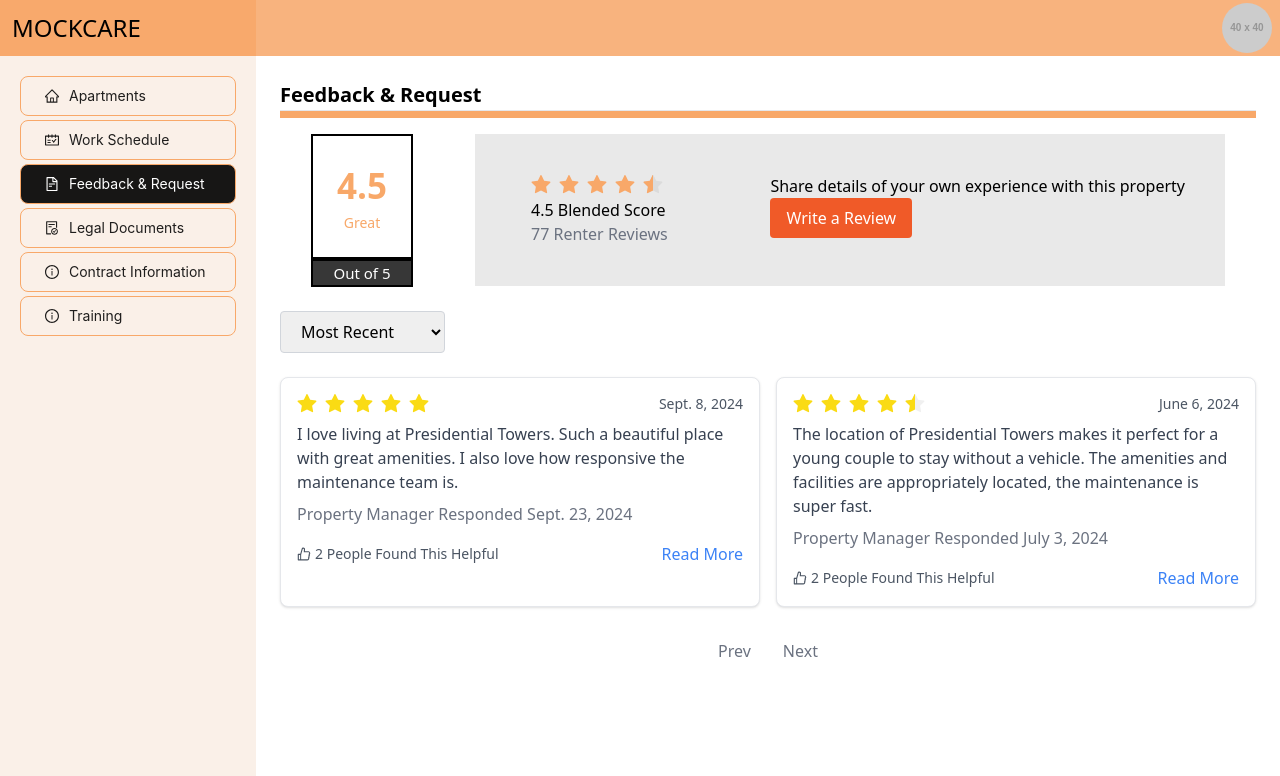
Repository: dunh-real/MockProject_102024_Nhom4
Page: / (app in frontend/)
The author's editor kept a copy of each file at every save. The page is drawn from the files as they stood at one save, then again after the next save.
The browser window is 1280 px wide. The pictures show the whole page.
The project was rebuilt for these pictures with package versions that can differ from the ones it lists, and the page was loaded fresh each time. Also part of the build but not shown: frontend/vite.config.js, frontend/vite.config.ts, frontend/src/App.css, frontend/src/component/ReviewModal.tsx.

Above is the page before, as saved 2024-10-09 13:23:58.

### frontend/src/App.tsx

import './App.css'
import ReviewList from './pages/Feedback&Request/Feedback&Request'
// import LoginForm from './pages/Login/Login'

function App() {


  return (
    <>
      {/* <LoginForm/> */}
      <ReviewList/>
    </>
  )
}

export default App

### frontend/src/pages/Feedback&Request/Feedback&Request.tsx
import React, { useState } from 'react';
import { Rate } from 'antd'; // Dùng Antd cho Rate, có thể thay thế bằng biểu tượng của Tailwind nếu cần
import { LikeOutlined } from '@ant-design/icons';
import ReviewModal from '../../component/ReviewModal';
import Sidebar from '../../component/Sidebar';

interface Review {
    date: string;
    rating: number;
    text: string;
    managerResponse: string;
    helpfulCount: number;
}

const reviews: Review[] = [
    {
        date: 'Sept. 8, 2024',
        rating: 5,
        text: 'I love living at Presidential Towers. Such a beautiful place with great amenities. I also love how responsive the maintenance team is.',
        managerResponse: 'Property Manager Responded Sept. 23, 2024',
        helpfulCount: 2,
    },
    {
        date: 'June 6, 2024',
        rating: 4.5,
        text: 'The location of Presidential Towers makes it perfect for a young couple to stay without a vehicle. The amenities and facilities are appropriately located, the maintenance is super fast.',
        managerResponse: 'Property Manager Responded July 3, 2024',
        helpfulCount: 2,
    },
];

const ReviewList: React.FC = () => {
    const [showModal, setShowModal] = useState<boolean>(false);
    const [page, setPage] = useState<number>(1);

    const handlePageChange = (page: number) => {
        setPage(page);
    };

    const handleSortChange = (value: string) => {
        console.log(`Sort by: ${value}`);
    };

    return (
        <div className=" min-h-screen  bg-gray-50">
            <div className='flex  bg-[#f8a769d9]  justify-between items-center'>
                <div className=' bg-[#f8a769d9] p-3 w-1/5'>
                    <h1 className='text-2xl'>MOCKCARE</h1>
                </div>
                <div className="flex  justify-end">
                    <img
                        src="https://via.placeholder.com/40"
                        alt="Avatar"
                        className="rounded-full w-[50px] h-[50px] mr-2"
                    />
                </div>
            </div>
            <div className="flex">
                <Sidebar />
                <div className="w-4/5 p-6 bg-white">
                    <div className='mb-4'>
                        <h2 className='text-[20px] font-bold'>Feedback & Request</h2>
                        <hr className='h-[8px] bg-[#F8A869]' />
                    </div>
                    <div className="flex  justify-around items-center mb-6">
                        <div className="flex flex-col   items-center">
                            <div className=" text-center text-[#F8A869] border-black border-2  p-6 ">
                                <div className=''>
                                    <p className="text-[35px] font-bold">4.5</p>
                                    <p className="text-sm text-[27px]">Great</p>
                                </div>

                            </div>
                            <div className="text-xs w-full border-black border-2 bg-[#000000c8]">
                                <p className='text-white p-1 text-[15px] text-center'>Out of 5</p>
                            </div>
                        </div>
                        <div className='bg-[#d9d9d995] flex justify-between'
                         style={{ width: '100%', maxWidth: '750px', padding:40}}
                        >
                            <div className="ml-4 ">
                                <Rate allowHalf defaultValue={4.5} disabled style={{color:'#F8A869'}} />
                                <div className="text-[#000000]">4.5 Blended Score</div>
                                <div className="text-gray-500">77 Renter Reviews</div>
                            </div>
                            <div>
                                <p>Share details of your own experience
                                with this property</p>
                                <button
                                    onClick={() => setShowModal(true)}
                                    className="bg-[#f05a28] text-white px-4 py-2 rounded hover:bg-[#f25f30]"
                                >
                                    Write a Review
                                </button>
                            </div>
                        </div>
                    </div>
                    <div className="mb-6 flex justify-between">
                        <select
                            onChange={(e) => handleSortChange(e.target.value)}
                            className="border border-gray-300 rounded px-4 py-2"
                        >
                            <option value="recent">Most Recent</option>
                            <option value="highest">Highest Rating</option>
                            <option value="lowest">Lowest Rating</option>
                        </select>
                    </div>
                    <div className="grid grid-cols-1 md:grid-cols-2 gap-4">
                        {reviews.slice((page - 1) * 2, page * 2).map((review, index) => (
                            <div key={index} className="p-4 border border-gray-200 rounded-lg bg-white shadow">
                                <div className="flex justify-between items-center mb-2">
                                    <Rate allowHalf defaultValue={review.rating} disabled />
                                    <span className="text-sm text-gray-600">{review.date}</span>
                                </div>
                                <p className="text-gray-700">{review.text}</p>
                                <p className="text-gray-500 mt-2">{review.managerResponse}</p>
                                <div className="flex justify-between items-center mt-4">
                                    <div className="flex items-center text-sm text-gray-600">
                                        <LikeOutlined className="mr-1" />
                                        {review.helpfulCount} People Found This Helpful
                                    </div>
                                    <button className="text-blue-500">Read More</button>
                                </div>
                            </div>
                        ))}
                    </div>
                    <div className="flex justify-center mt-6">
                        <button
                            onClick={() => handlePageChange(page - 1)}
                            className="px-4 py-2 text-gray-500"
                            disabled={page === 1}
                        >
                            Prev
                        </button>
                        <button
                            onClick={() => handlePageChange(page + 1)}
                            className="px-4 py-2 text-gray-500"
                        >
                            Next
                        </button>
                    </div>
                </div>
            </div>
            {showModal && <ReviewModal setShowModal={setShowModal} />}
        </div>
    );
};

export default ReviewList;

### frontend/src/component/Sidebar.tsx
import { Menu } from 'antd';
import { HomeOutlined, ScheduleOutlined, FileTextOutlined, FileDoneOutlined, InfoCircleOutlined } from '@ant-design/icons';

const Sidebar = () => {
  return (
    <div style={{ width: '20%', minHeight: '100vh', backgroundColor: '#FAF0E8', padding: '1rem' }}>
      <Menu
        defaultSelectedKeys={['feedback']}
        mode="inline"
        style={{ backgroundColor: '#FAF0E8', borderRight: 0 }}
      >
        <Menu.Item
          key="apartments"
          icon={<HomeOutlined />}
          style={{
            padding: '12px 24px',
            border:1, borderStyle:'solid', borderColor:'#F8A869'
          }}
        >
          Apartments
        </Menu.Item>
        <Menu.Item
          key="schedule"
          icon={<ScheduleOutlined />}
          style={{
            padding: '12px 24px',
            border:1, borderStyle:'solid', borderColor:'#F8A869'
          }}
        >
          Work Schedule
        </Menu.Item>
        <Menu.Item
          key="feedback"
          icon={<FileTextOutlined />}
          style={{
            backgroundColor: '#171615',
            color: 'white',
            padding: '12px 24px',
            border:1, borderStyle:'solid', borderColor:'#F8A869'
          }}
        >
          Feedback & Request
        </Menu.Item>
        <Menu.Item
          key="legal"
          icon={<FileDoneOutlined />}
          style={{
            padding: '12px 24px',
            border:1, borderStyle:'solid', borderColor:'#F8A869'
          }}
        >
          Legal Documents
        </Menu.Item>
        <Menu.Item
          key="contract"
          icon={<InfoCircleOutlined />}
          style={{
            padding: '12px 24px',
            border:1, borderStyle:'solid', borderColor:'#F8A869'
          }}
        >
          Contract Information
        </Menu.Item>
        <Menu.Item
          key="training"
          icon={<InfoCircleOutlined />}
          style={{
            padding: '12px 24px',
            border: 1, borderStyle: 'solid', borderColor: '#F8A869'
          }}
        >
          Training
        </Menu.Item>
      </Menu>
    </div>
  );
};

export default Sidebar;

Loaded but not shown: frontend/index.html (common file); frontend/src/main.jsx (common file); frontend/src/index.css (common file); frontend/tailwind.config.js (common file)

After the next save:
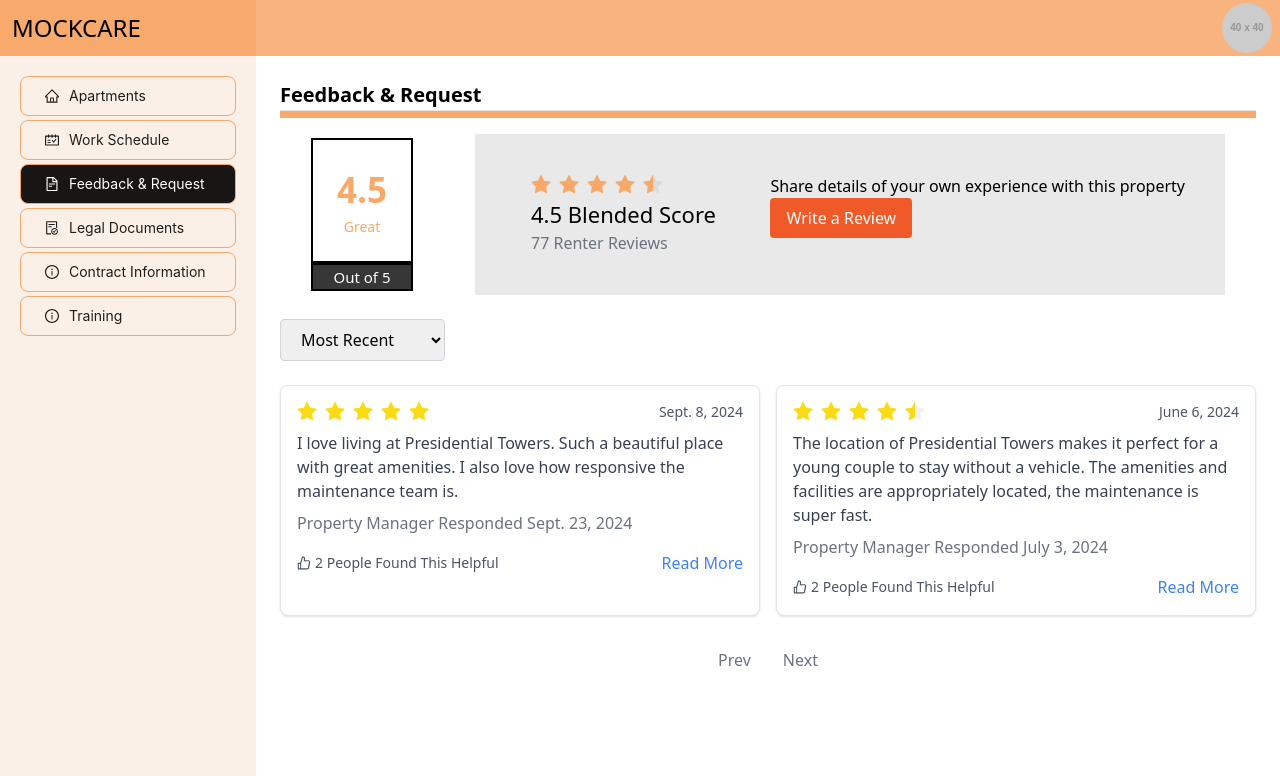
Saved 15 s later.
--- a/frontend/src/pages/Feedback&Request/Feedback&Request.tsx
+++ b/frontend/src/pages/Feedback&Request/Feedback&Request.tsx
@@ -80,7 +80,7 @@ const ReviewList: React.FC = () => {
                         >
                             <div className="ml-4 ">
                                 <Rate allowHalf defaultValue={4.5} disabled style={{color:'#F8A869'}} />
-                                <div className="text-[#000000]">4.5 Blended Score</div>
+                                <div className="text-[#000000] text-[22px]">4.5 Blended Score</div>
                                 <div className="text-gray-500">77 Renter Reviews</div>
                             </div>
                             <div>
